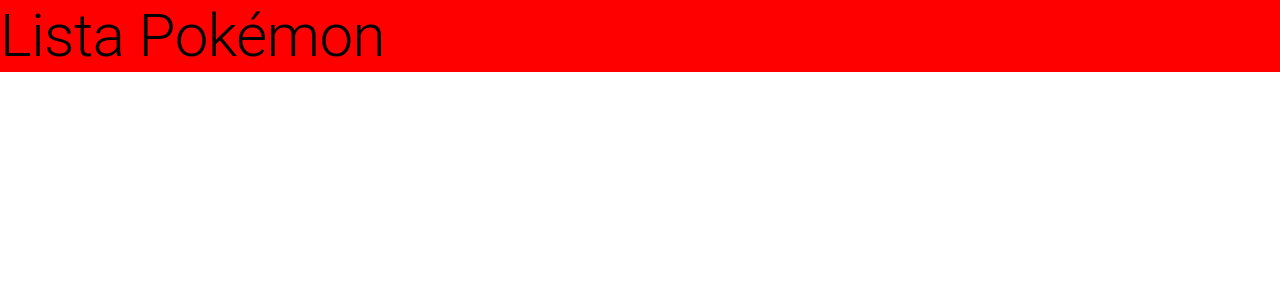
Repository: lenx0/PokeWiki-Front
Page: /
An editor plug-in stored every save of this project. The page is shown before and after the next save, followed by the edit.
The browser window is 1280 px wide. The pictures show the whole page.
The page's requests for data from a server got no answer. The project was rebuilt for these pictures with package versions that can differ from the ones it lists, and the page was loaded fresh each time. The framework's server and built-in components were replaced by stand-ins that run in the browser. No one was signed in, and anything a server would have sent is missing. Also part of the build but not shown: next.config.mjs.

Above is the page before, as saved 2024-02-13 19:21:04.

After the next save:
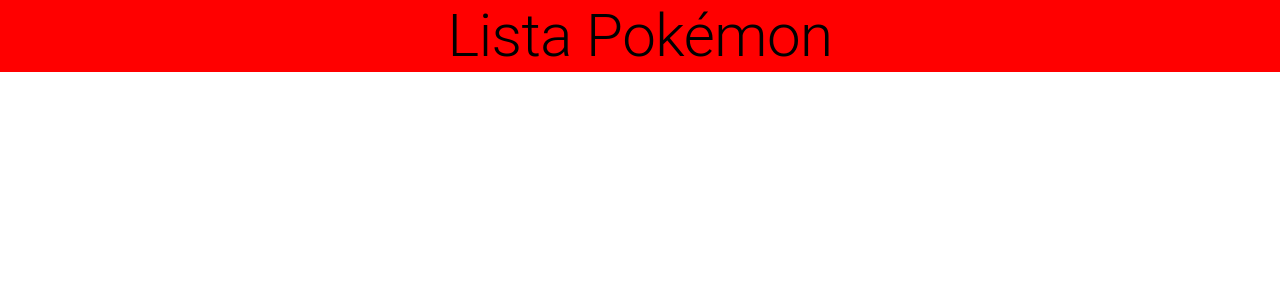
Saved 10 s later.
--- a/src/app/pages/PokemonList/page.jsx
+++ b/src/app/pages/PokemonList/page.jsx
@@ -4,7 +4,7 @@
 export default function PokemonList() {
   return (
     <Grid container>
-      <Grid item xs={12} sm={12} md={12} backgroundColor="red">
+      <Grid item xs={12} sm={12} md={12} backgroundColor="red" textAlign="center">
         <Typography variant="h2">Lista Pokémon</Typography>
       </Grid>
       <Cards />
